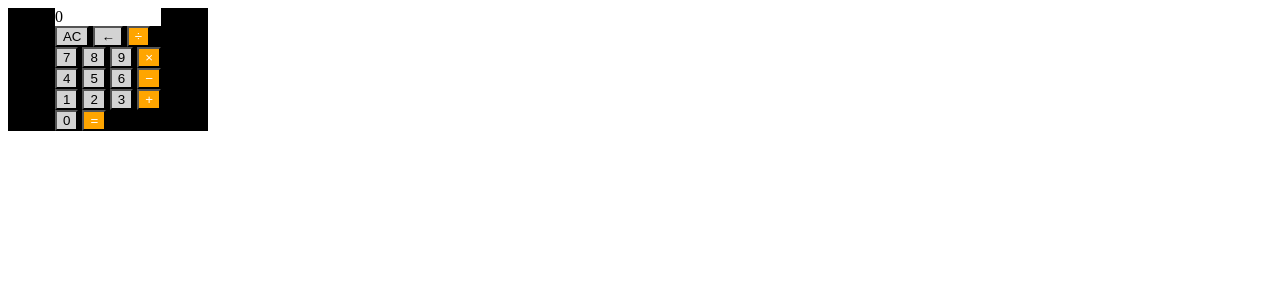
Repository: KaylaDamons/LAB-calculator
Page: index.html
These files come from the project's save history. The page is drawn as it stood at one moment and after the next save; the edit follows.
The browser window is 1280 px wide. The pictures show the whole page.

Above is the page before, as saved 2024-01-13 19:16:22.

### index.html
<!DOCTYPE html>
<html lang="en">
<head>
  <meta charset="UTF-8">
  <meta name="viewport" content="width=device-width, initial-scale=1.0">
  <title>Calculator</title>

</head>
<body>
  <div class="wrapper">
    <div class="sumbar">
      0
    </div>
      <div class="clearbutton">
       <button class="button clear">AC</button>
       <button class="button delete">&#8592</button>
       <button class="symbol divide">&#247</button>
    </div>

    <div class="buttonrow1">
      <button class="button">7</button>
      <button class="button">8</button>
      <button class="button">9</button>
      <button class="symbol times">&#215</button>
    </div>

    <div class="buttonrow2">
      <button class="button">4</button>
      <button class="button">5</button>
      <button class="button">6</button>
      <button class="symbol minus">&#8722</button>
    </div>

    <div class="buttonrow3">
      <button class="button">1</button>
      <button class="button">2</button>
      <button class="button">3</button>
      <button class="symbol plus">&#43</button>
    </div>

    <div class="buttonrow4">
      <button class="button">0</button>
      <button class="symbol equals">&#61</button>
    </div>

  </div>




  <link rel="stylesheet" href="main.css">
</body>
<script src="main.js"></script>
</html>

### main.css

 .wrapper {
  display: grid;
  width: 200px;
  background-color:black;
  justify-content: center;

 }


.sumbar {
 background-color:white;
}

.symbol {
  background-color: orange;
  color:white;
}
.button {
  background-color:lightgray;
  size-adjust:inherit;
}
.buttonrow1 {}

### main.js
console.log("calculator");

After the next save:
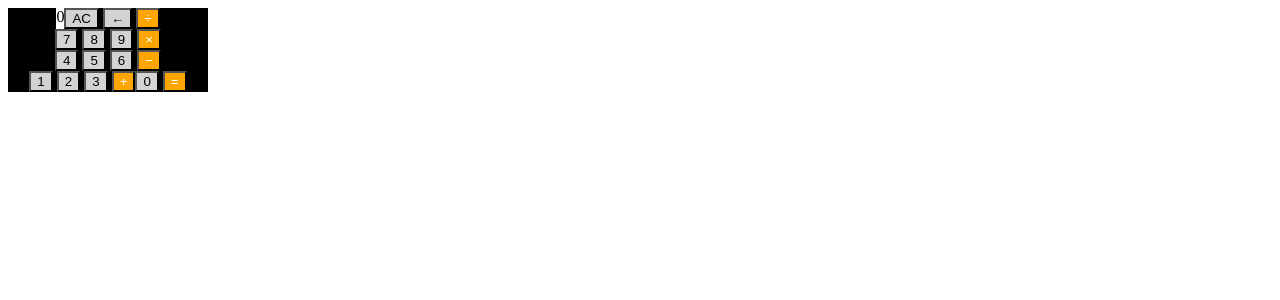
Saved 26 s later.
--- a/main.css
+++ b/main.css
@@ -1,6 +1,7 @@
 
  .wrapper {
-  display: grid;
+  display: flex;
+  flex-wrap: wrap;
   width: 200px;
   background-color:black;
   justify-content: center;
